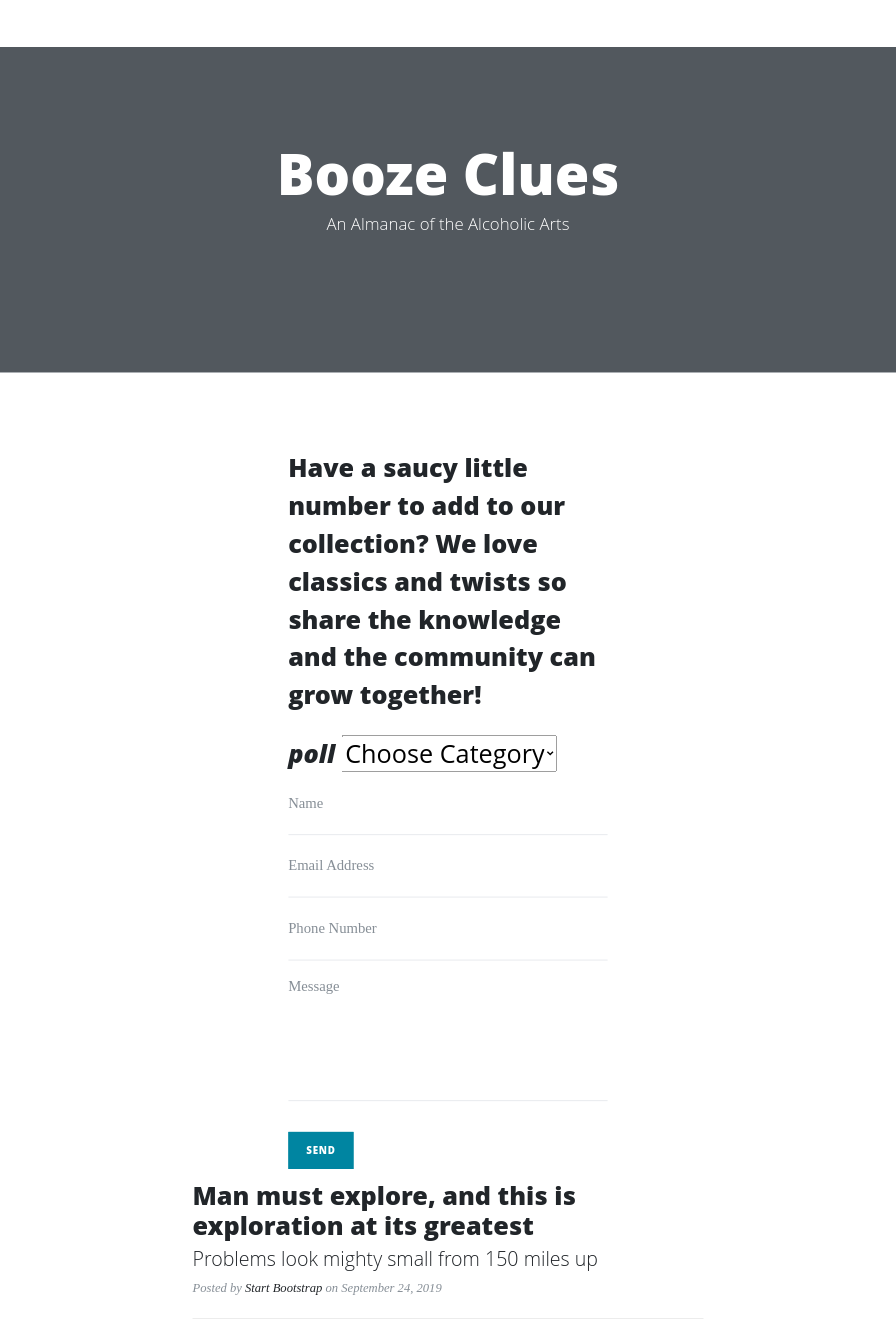
Repository: LiamB123/Booze-Clues
Page: http://localhost/add_recipe
The author's editor kept a record of every edit. The page is drawn from the files as they stood at one moment, then again after the next edit.
The browser window is 1280 px wide. The pictures show the part of the page from y = 0 to 1920 px (the page is 2869 px tall), at 70% of full size.
Some web fonts or font styles are not loaded; a fallback is used. The page is served by the project's application, run on Flask 3 (app.py). Other server files are loaded and not shown. Queries for data that is not in the repository find no rows.

Above is the page before.

### templates/add_recipe.html
{% extends 'base.html' %} {% block content %}
<div class="container">
    <div class="row">
        <div class="col-lg-8 col-md-10 mx-auto">
            <p>Have a saucy little number to add to our collection? We love classics and twists so share the knowledge and the community can grow together!</p>
            <!-- Contact Form - Enter your email address on line 19 of the mail/contact_me.php file to make this form work. -->
            <!-- WARNING: Some web hosts do not allow emails to be sent through forms to common mail hosts like Gmail or Yahoo. It's recommended that you use a private domain email address! -->
            <!-- To use the contact form, your site must be on a live web host with PHP! The form will not work locally! -->
            <form name="sentMessage" id="contactForm" novalidate>


                <div class="row">
                    <div class="input-field col s12">
                        <i class="material-icons prefix">poll</i>
                        <select id="category" name="category_name">
                  <option value="" disabled selected>Choose Category</option>
                  {% for spirit in spirit %}
                      <option value="{{spirit.spirit}}">{{spirit.spirit}}</option>
                  {% endfor %}
                </select>


                        <div class="control-group">
                            <div class="form-group floating-label-form-group controls">
                                <label>Drink Name </label>
                                <input type="text" class="form-control" placeholder="Name" id="name" required data-validation-required-message="Please enter your name.">
                                <p class="help-block text-danger"></p>
                            </div>
                        </div>
                        <div class="control-group">
                            <div class="form-group floating-label-form-group controls">
                                <label>Email Address</label>
                                <input type="email" class="form-control" placeholder="Email Address" id="email" required data-validation-required-message="Please enter your email address.">
                                <p class="help-block text-danger"></p>
                            </div>
                        </div>
                        <div class="control-group">
                            <div class="form-group col-xs-12 floating-label-form-group controls">
                                <label>Phone Number</label>
                                <input type="tel" class="form-control" placeholder="Phone Number" id="phone" required data-validation-required-message="Please enter your phone number.">
                                <p class="help-block text-danger"></p>
                            </div>
                        </div>
                        <div class="control-group">
                            <div class="form-group floating-label-form-group controls">
                                <label>Message</label>
                                <textarea rows="5" class="form-control" placeholder="Message" id="message" required data-validation-required-message="Please enter a message."></textarea>
                                <p class="help-block text-danger"></p>
                            </div>
                        </div>
                        <br>
                        <div id="success"></div>
                        <div class="form-group">
                            <button type="submit" class="btn btn-primary" id="sendMessageButton">Send</button>
                        </div>
            </form>
            </div>
            </div>
        </div>


        {% endblock %}

### templates/base.html
<!DOCTYPE html>
<html lang="en">
<head>
    <meta charset="UTF-8">
    <meta name="viewport" content="width=device-width, initial-scale=1.0">
    <meta http-equiv="X-UA-Compatible" content="ie=edge">
    <title> Booze Bible </title>

   <!-- Bootstrap core CSS -->
  <link href="{{url_for('static', filename='vendor/bootstrap/css/bootstrap.min.css')}}" rel="stylesheet">

  <!-- Custom fonts for this template -->
  <link href="{{url_for('static', filename='vendor/fontawesome-free/css/all.min.css')}}" rel="stylesheet" type="text/css">
  <link href="{{url_for('static', filename='https://fonts.googleapis.com/css?family=Lora:400,700,400italic,700italic')}}" rel='stylesheet' type='text/css'>
  <link href="{{url_for('static',filename='https://fonts.googleapis.com/css?family=Open+Sans:300italic,400italic,600italic,700italic,800italic,400,300,600,700,800')}}" rel='stylesheet' type='text/css'>

  <!-- Custom styles for this template -->
  <link href="{{url_for('static', filename='css/clean-blog.min.css') }}" rel="stylesheet">
<body>


  <!-- Navigation -->
  <nav class="navbar navbar-expand-lg navbar-light fixed-top" id="mainNav">
    <div class="container">
      <a class="navbar-brand" href="index.html"><i class="fas fa-cocktail"></i><i class="fas fa-search"></i></a>
      <button class="navbar-toggler navbar-toggler-right" type="button" data-toggle="collapse" data-target="#navbarResponsive" aria-controls="navbarResponsive" aria-expanded="false" aria-label="Toggle navigation">
        Menu
        <i class="fas fa-bars"></i>
      </button>
      <div class="collapse navbar-collapse" id="navbarResponsive">
        <ul class="navbar-nav ml-auto">
          <li class="nav-item">
            <a class="nav-link" href="{{url_for('home')}}">Home</a>
          </li>
          <li class="nav-item">
            <a class="nav-link" href="about.html">About Us</a>
          </li>
          <li class="nav-item">
            <a class="nav-link" href="{{url_for('get_recipes')}}">Recipes!</a>
          </li>
          <li class="nav-item">
            <a class="nav-link" href="{{url_for('add_recipe')}}">Add to the collection!</a>
          </li>
        </ul>
      </div>
    </div>
  </nav>

  <!-- Page Header -->
  <header class="masthead" style="background-image: Cocktail_header.jpg">
  <div class="overlay"></div>
    <div class="container">
      <div class="row">
        <div class="col-lg-8 col-md-10 mx-auto">
          <div class="site-heading">
            <h1>Booze Clues</h1>
            <span class="subheading">An Almanac of the Alcoholic Arts</span>
          </div>
        </div>
      </div>
    </div>
  </header>

  <!-- Main Content -->
  <div class="container">
    <div class="row">
      <div class="col-lg-8 col-md-10 mx-auto">
        <div class="post-preview">
          <a href="post.html">
            <h2 class="post-title">

      {% block content %}
      {% endblock %}

              Man must explore, and this is exploration at its greatest
            </h2>
            <h3 class="post-subtitle">
              Problems look mighty small from 150 miles up
            </h3>
          </a>
          <p class="post-meta">Posted by
            <a href="#">Start Bootstrap</a>
            on September 24, 2019</p>
        </div>
        <hr>
        <div class="post-preview">
          <a href="post.html">
            <h2 class="post-title">
              I believe every human has a finite number of heartbeats. I don't intend to waste any of mine.
            </h2>
          </a>
          <p class="post-meta">Posted by
            <a href="#">Start Bootstrap</a>
            on September 18, 2019</p>
        </div>
        <hr>
        <div class="post-preview">
          <a href="post.html">
            <h2 class="post-title">
              Science has not yet mastered prophecy
            </h2>
            <h3 class="post-subtitle">
              We predict too much for the next year and yet far too little for the next ten.
            </h3>
          </a>
          <p class="post-meta">Posted by
            <a href="#">Start Bootstrap</a>
            on August 24, 2019</p>
        </div>
        <hr>
        <div class="post-preview">
          <a href="post.html">
            <h2 class="post-title">
              Failure is not an option
            </h2>
            <h3 class="post-subtitle">
              Many say exploration is part of our destiny, but it’s actually our duty to future generations.
            </h3>
          </a>
          <p class="post-meta">Posted by
            <a href="#">Start Bootstrap</a>
            on July 8, 2019</p>
        </div>
        <hr>
        <!-- Pager -->
        <div class="clearfix">
          <a class="btn btn-primary float-right" href="#">Older Posts &rarr;</a>
        </div>
      </div>
    </div>
  </div>

  <hr>

  <!-- Footer -->
  <footer>
    <div class="container">
      <div class="row">
        <div class="col-lg-8 col-md-10 mx-auto">
          <ul class="list-inline text-center">
            <li class="list-inline-item">
              <a href="#">
                <span class="fa-stack fa-lg">
                  <i class="fas fa-circle fa-stack-2x"></i>
                  <i class="fab fa-twitter fa-stack-1x fa-inverse"></i>
                </span>
              </a>
            </li>
            <li class="list-inline-item">
              <a href="#">
                <span class="fa-stack fa-lg">
                  <i class="fas fa-circle fa-stack-2x"></i>
                  <i class="fab fa-facebook-f fa-stack-1x fa-inverse"></i>
                </span>
              </a>
            </li>
            <li class="list-inline-item">
              <a href="#">
                <span class="fa-stack fa-lg">
                  <i class="fas fa-circle fa-stack-2x"></i>
                  <i class="fab fa-github fa-stack-1x fa-inverse"></i>
                </span>
              </a>
            </li>
          </ul>
          <p class="copyright text-muted">Copyright &copy; Your Website 2019</p>
        </div>
      </div>
    </div>
  </footer>


    </div>



      <!-- Bootstrap core JavaScript -->
  <script src="{{url_for('static', filename='vendor/jquery/jquery.min.js' ) }}"></script>
  <script src="{{url_for('static', filename='vendor/bootstrap/js/bootstrap.bundle.min.js' ) }}"></script>

  <!-- Custom scripts for this template -->
  <script src="{{url_for('static', filename='js/clean-blog.min.js' ) }}"></script>
</body>
</html>

### app.py
import os
from flask import Flask, render_template , redirect , request , url_for
from flask_pymongo import PyMongo
from bson.objectid import ObjectId


app = Flask(__name__)

app.config["MONGO_DBNAME"] = 'drinks'
app.config["MONGO_URI"] = os.environ.get('MONGO_URI')

mongo = PyMongo(app)


@app.route('/')

@app.route('/home')
def home():
    return render_template("home.html")


@app.route('/get_recipes')
def get_recipes():
    return render_template("recipes.html", drinks_list=mongo.db.drinks_list.find())


@app.route('/add_recipe')
def add_recipe():
    return render_template('add_recipe.html', spirits=mongo.db.spirits.find())




if __name__ == '__main__':
    app.run(host=os.environ.get('IP'),
            port=int(os.environ.get('PORT')),
            debug=True)

Loaded but not shown: static/css/clean-blog.min.css (library); static/js/clean-blog.min.js (common file)

After the next edit:
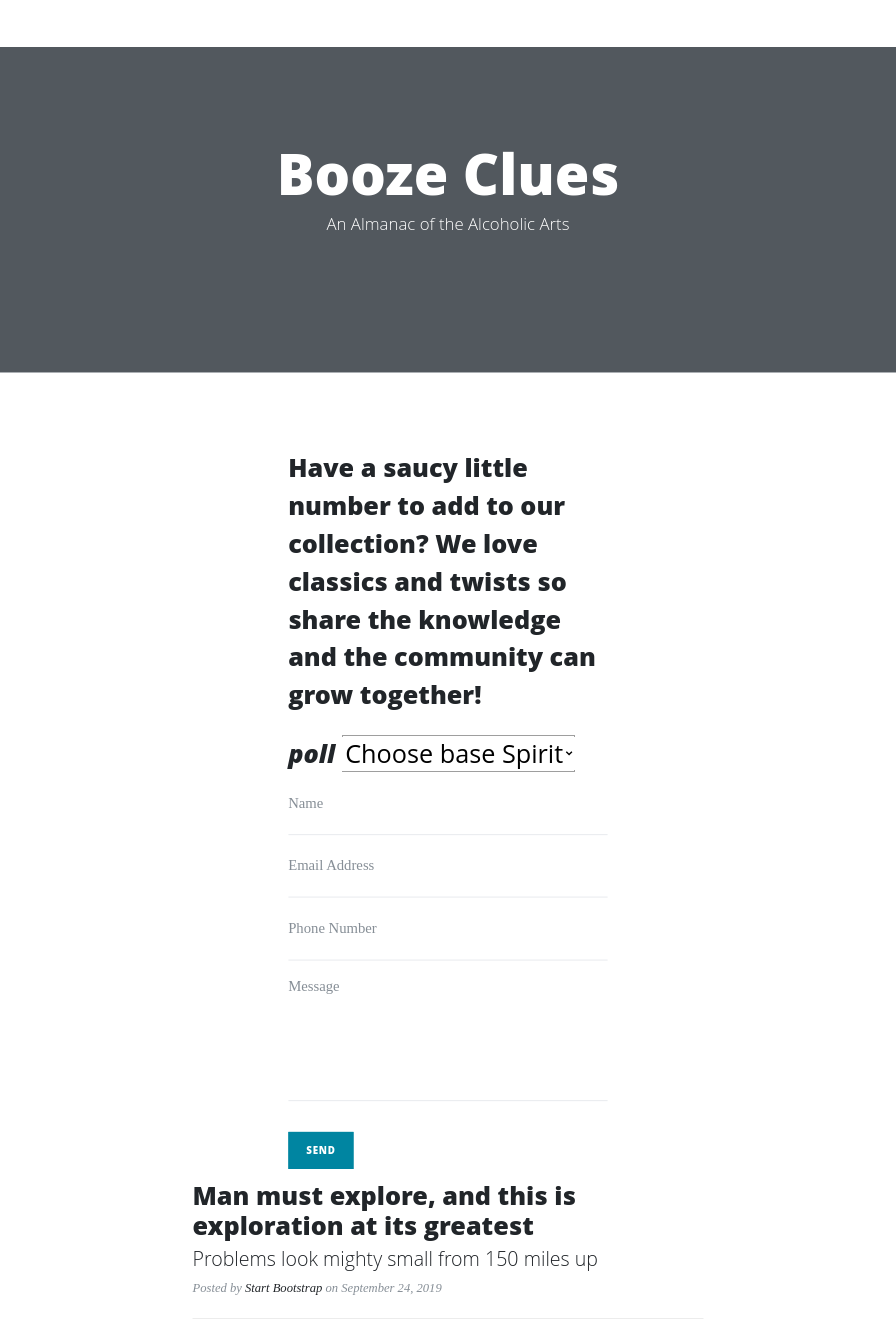
The edit:
--- a/templates/add_recipe.html
+++ b/templates/add_recipe.html
@@ -12,8 +12,8 @@
                 <div class="row">
                     <div class="input-field col s12">
                         <i class="material-icons prefix">poll</i>
-                        <select id="category" name="category_name">
-                  <option value="" disabled selected>Choose Category</option>
+                        <select id="spirit" name="spirit_name">
+                  <option value="" disabled selected>Choose base Spirit </option>
                   {% for spirit in spirit %}
                       <option value="{{spirit.spirit}}">{{spirit.spirit}}</option>
                   {% endfor %}
